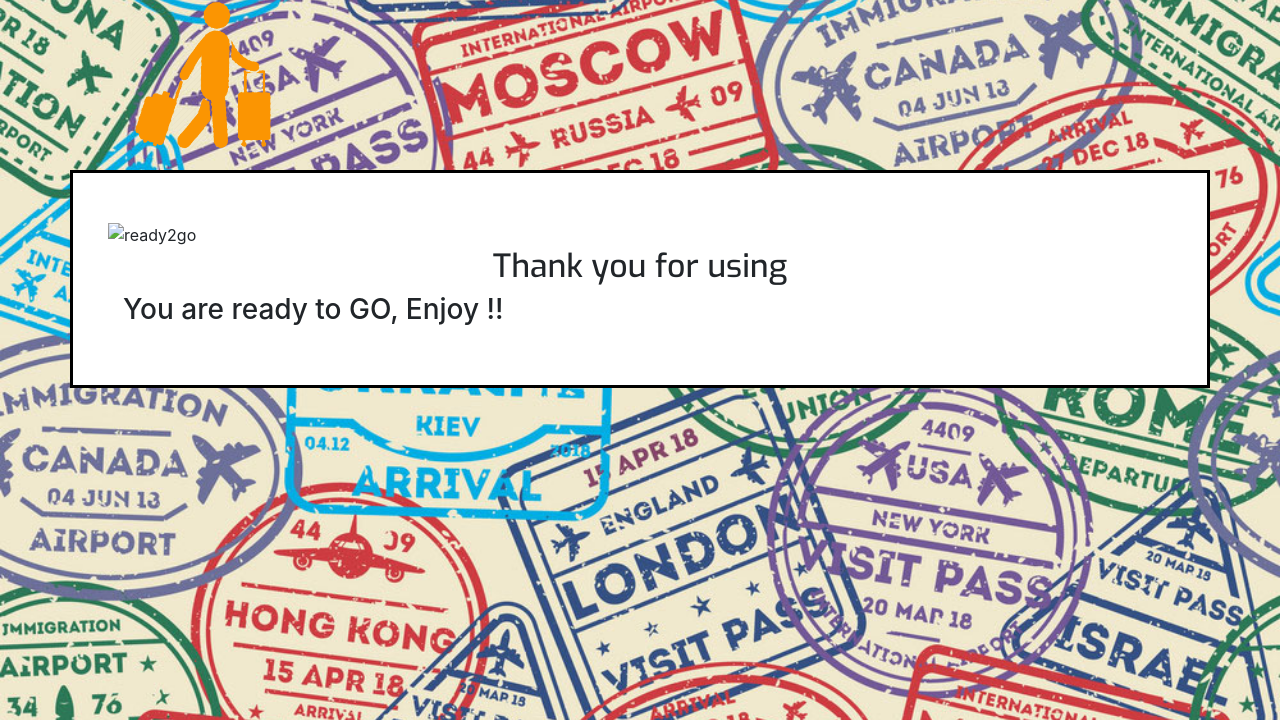
Repository: Code-Institute-Submissions/travelChecklist
Page: donepage.html
The author's editor kept a record of every edit. The page is drawn from the files as they stood at one moment, then again after the next edit.
The browser window is 1280 px wide. The pictures show the whole page.

Above is the page before.

### donepage.html
<!DOCTYPE html>
<html lang="en">

<head>
    <meta charset="UTF-8">
    <meta name="viewport" content="width=device-width, initial-scale=1.0">
    <meta http-equiv="X-UA-Compatible" content="ie=edge">

    <link rel="stylesheet" href="https://stackpath.bootstrapcdn.com/bootstrap/4.3.1/css/bootstrap.min.css" type="text/css">
    <link rel="stylesheet" href="https://stackpath.bootstrapcdn.com/font-awesome/4.7.0/css/font-awesome.min.css" type="text/css">
    <link rel="stylesheet" href="https://cdnjs.cloudflare.com/ajax/libs/hover.css/2.3.1/css/hover-min.css" type="text/css">
    <link rel="stylesheet" href="asset/css/style.css" type="text/css">



    <title>Travel Checklist</title>
</head>

<body>
    <div class="bg-color">
    <header>

            <div class="row">
        <a href="index.html" class="col"><img src="asset/images/ready2go.png" alt="logo" class="logo"/></a></div>

            <div class="container">
                <div class="row">
        <img scr="asset/images/ready2go.png" alt="ready2go" class="ready2go">
        </div>
        <h2>Thank you for using</h2>
        <h3>You are ready to GO, Enjoy !!</h3>

    </div>
    </header>
    </div>


</body>

</html>

### asset/css/style.css
@import url('https://fonts.googleapis.com/css?family=Roboto:100,200,300,400,500,600,700|Exo:100,200,300,400,500,600,700');

body,
html {
  height: 100%;
}

.logo {
  height: 150px;
  margin-left: 10%;
}

.bg-color {
  background-image: url("../images/background.jpg");
  height: 100%;
  max-width: 100%;
  overflow: hidden;
  background-position: center;
  background-repeat: no-repeat;
  background-size: cover;
}



/*--------------------------------------------------------------Middle Container**/

.container {
  width: 100%;
  border: 3px solid black;
  background-color: white;
  padding: 50px;
  margin: 20px;
  margin-left: auto;
  margin-right: auto;
  display: block;
  overflow: scroll;
  overflow-y: scroll;
  min-height: auto;
  max-height: 500px;
  overflow-x: none;
}

/*--------------------------------------------------------------Question Button**/

.btn {
  height: 350px;
  border-color: #aaa;
}

/*--------------------------------------------------------------Question Title**/

h2 {
  text-align: center;
  font-family: Exo, sans-serif;
}

/*--------------------------------------------------------------Checklist**/

.container-checklist {
  display: block;
  position: relative;
  padding-left: 35px;
  margin-bottom: 12px;
  cursor: pointer;
  font-size: 18px;
  -webkit-user-select: none;
  -moz-user-select: none;
  -ms-user-select: none;
  user-select: none;
}

.container-checklist input {
  position: absolute;
  opacity: 0;
  cursor: pointer;
  height: 0;
  width: 0;
}

.checkmark {
  position: absolute;
  top: 0;
  left: 0;
  height: 25px;
  width: 25px;
  background-color: #eee;
}

.container-checklist:hover input ~ .checkmark {
  background-color: #ccc;
}

.container-checklist input:checked ~ .checkmark {
  background-color: #2196F3;
}

.checkmark:after {
  content: "";
  position: absolute;
  display: none;
}

.container-checklist input:checked ~ .checkmark:after {
  display: block;
}

.container-checklist .checkmark:after {
  left: 9px;
  top: 5px;
  width: 5px;
  height: 10px;
  border: solid white;
  border-width: 0 3px 3px 0;
  -webkit-transform: rotate(45deg);
  -ms-transform: rotate(45deg);
  transform: rotate(45deg);
}

/*--------------------------------------------------------------footer**/

.footerbtn {
  float: right;
  margin-right: 3px;
  padding: 15px;
  border-radius: 9px;
  background-color: #8b78a7;
  color: black;
  opacity: 0.8;
  transition: 0.3s;
  text-decoration: none;
  cursor: pointer;
}

.footerbtn:hover {opacity: 1}

/*-------------------------------------------------------------done btn**/

.donebtn {
  float: right;
  margin-right: 15%;
  padding: 15px 20px;
  border-radius: 9px;
  background-color: #8b78a7;
  color: black;
  opacity: 0.8;
  transition: 0.3s;
  text-decoration: none;
  cursor: pointer;
}

.donebtn:hover {
  opacity: 1;;
}

a {
  text-decoration: none;
}

a:hover {
  text-decoration: none;
}

/*---------------------------------------------------------------media**/
@media only screen and (max-width: 600px) {
  .container {height: 70%;}
  .logo {height: 100px;}
}

div#map {
  min-height: 200px;
  width: 50%;
}

.map-location {
  float: left;
}

After the next edit:
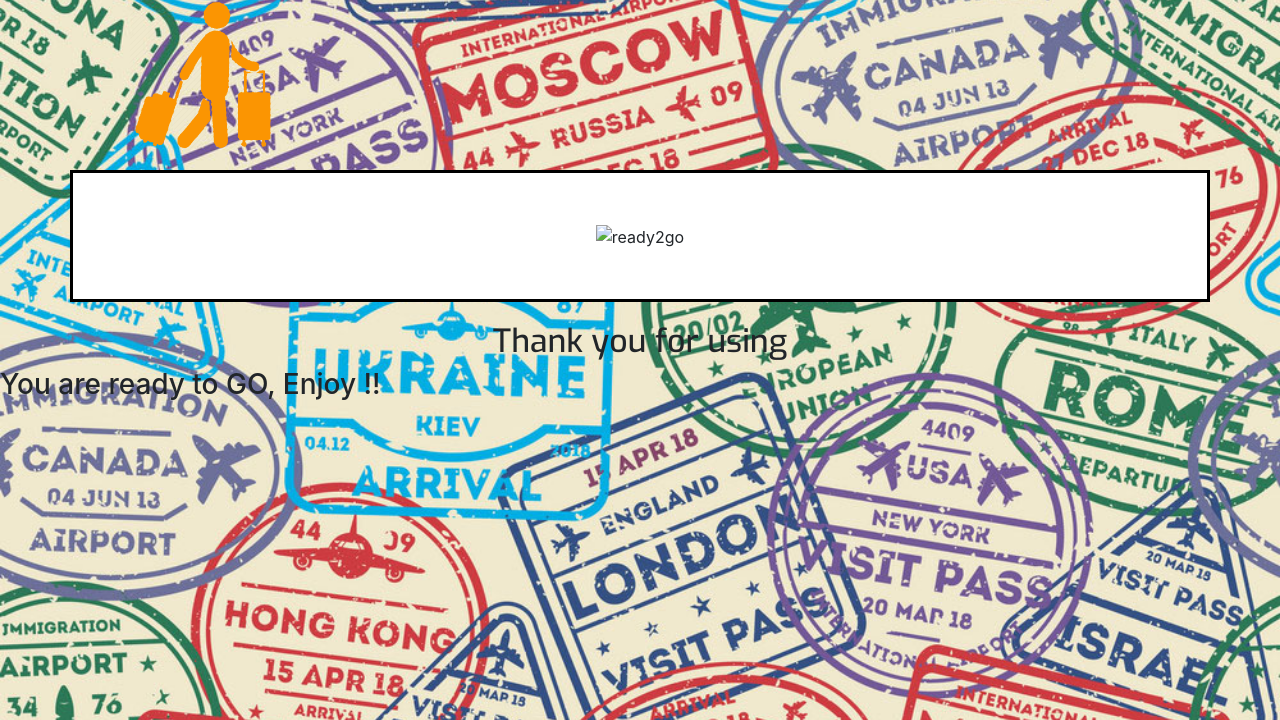
The edit:
--- a/donepage.html
+++ b/donepage.html
@@ -24,7 +24,7 @@
         <a href="index.html" class="col"><img src="asset/images/ready2go.png" alt="logo" class="logo"/></a></div>
 
             <div class="container">
-                <div class="row">
+                <center>
         <img scr="asset/images/ready2go.png" alt="ready2go" class="ready2go">
         </div>
         <h2>Thank you for using</h2>
